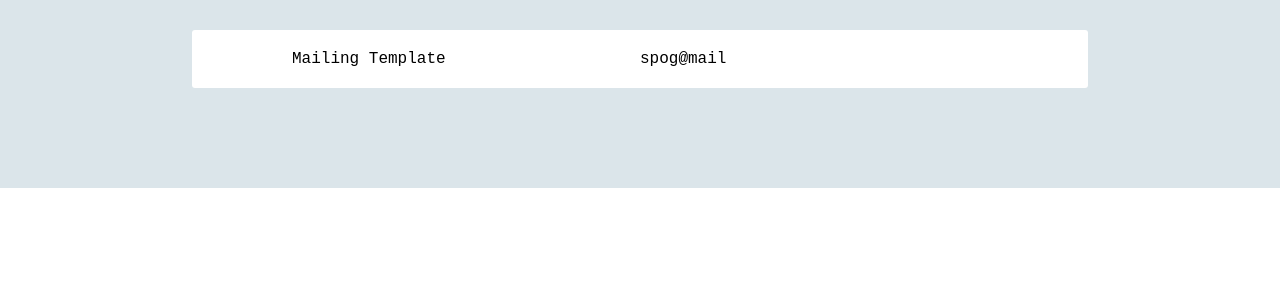
Repository: Lecon-Git/Appmail-Template
Page: mail.html
The author's editor kept a copy of each file at every save. The page is drawn from the files as they stood at one save, then again after the next save.
The browser window is 1280 px wide. The pictures show the whole page.

Above is the page before, as saved 2021-11-01 21:31:27.

### mail.html
<!DOCTYPE html>
<html lang="en">

<head>
    <meta charset="UTF-8">
    <meta http-equiv="X-UA-Compatible" content="IE=edge">
    <meta name="viewport" content="width=device-width, initial-scale=1.0">
    <title>Service Confirmation</title>
    <link rel="stylesheet" href="css/mail.css">
</head>

<body>
    <div class="container">
        <div class="main">
            <div class="head_1">
                <span class="logo">Mailing Template</span>
                <span class="username">spog@mail</span>
            </div>
        </div>
    </div>
</body>

</html>

### css/mail.css
body {
    margin: 0;
    font-family: "Courier New", Courier, monospace;
}

.container {
    padding: 30px 0 100px;
    background-color: #dbe5ea;
}

.main {
    width: 70%;
    border-radius: 3px;
    background-color: #ffffff;
    margin: 0 auto;
    padding: 20px 0;
}

.head_1 {
    display: flex;
    flex-direction: row;
    padding: 0 100px;
}

.head_1 span {
    flex: 1;
}

.logo {}

.username {}

After the next save:
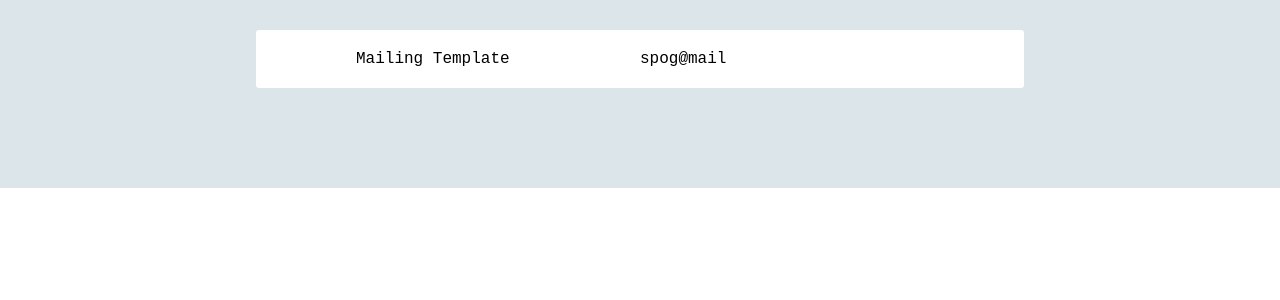
Saved 20 s later.
--- a/css/mail.css
+++ b/css/mail.css
@@ -9,7 +9,7 @@ body {
 }
 
 .main {
-    width: 70%;
+    width: 60%;
     border-radius: 3px;
     background-color: #ffffff;
     margin: 0 auto;
